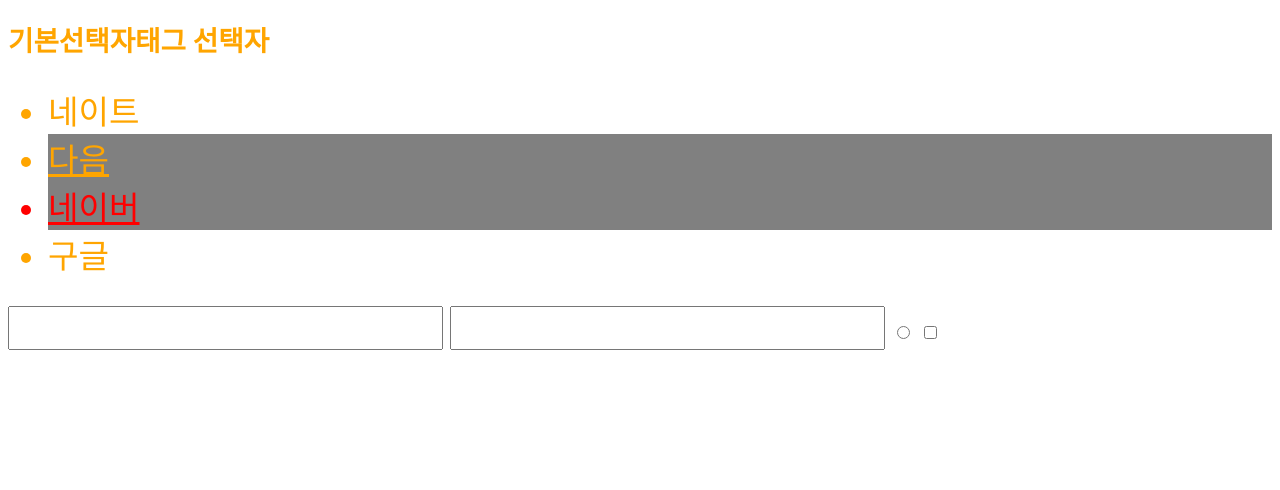
Repository: KangSuA/JSP
Page: webApp/src/main/webapp/jquery/jq03_select.html
The author's editor kept a copy of each file at every save. The page is drawn from the files as they stood at one save, then again after the next save.
The browser window is 1280 px wide. The pictures show the whole page.

Above is the page before, as saved 2023-02-14 04:48:40.

### webApp/src/main/webapp/jquery/jq03_select.html
<!DOCTYPE html>
<html>
<head>
<meta charset="UTF-8">
<title>Insert title here</title>
<script src="https://cdnjs.cloudflare.com/ajax/libs/jquery/3.6.3/jquery.min.js" ></script>
<script>
	//document.getElementById('site').style.fontsize='2em';
	$(function(){
		// * : 전체 선택자
		$('*').css('color','orange').css('font-size','1.2em');
		// 태그 선택자
		$('h1').append('태그 선택자');
		$('li.addr').css('text-decoration','underline');
		$('#site>li.sub').css('color','red');
		$('body li.addr').css('background-color','gray');
	});
</script>
<style>
	#site{
		/*font-size:2em;*/
	}
</style>
</head>
<body>
<h1>기본선택자</h1>
<ul id="site">
	<li>네이트</li>
	<li class="addr">다음</li>
	<li class="addr sub">네이버</li>
	<li>구글</li>
</ul>

<div id="f">
	<input type="text"/>
	<input type="password"/>
	<input type="radio"/>
	<input type="checkbox"/>
</div>
</body>
</html>

After the next save:
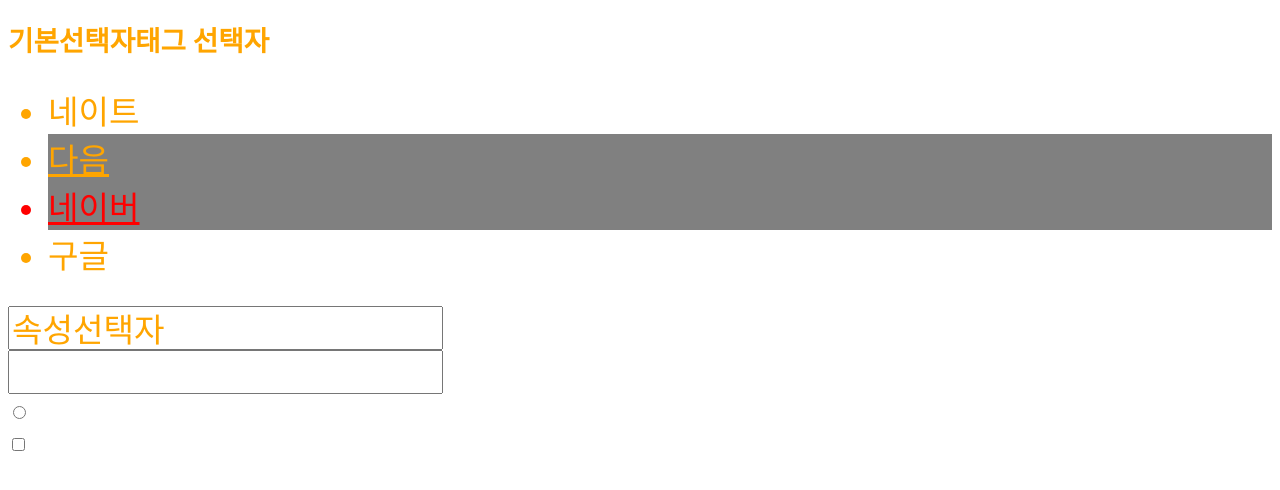
Saved 3 min 24 s later.
--- a/webApp/src/main/webapp/jquery/jq03_select.html
+++ b/webApp/src/main/webapp/jquery/jq03_select.html
@@ -14,6 +14,9 @@
 		$('li.addr').css('text-decoration','underline');
 		$('#site>li.sub').css('color','red');
 		$('body li.addr').css('background-color','gray');
+
+		//속성선택자 - val() : 컴포넌트의 값을 처리
+		//$('input[type=text]').val("바뀐문자");
 	});
 </script>
 <style>
@@ -32,9 +35,9 @@
 </ul>
 
 <div id="f">
-	<input type="text"/>
-	<input type="password"/>
-	<input type="radio"/>
+	<input type="text" value="속성선택자"/><br/>
+	<input type="password"/><br/>
+	<input type="radio"/><br/>
 	<input type="checkbox"/>
 </div>
 </body>
